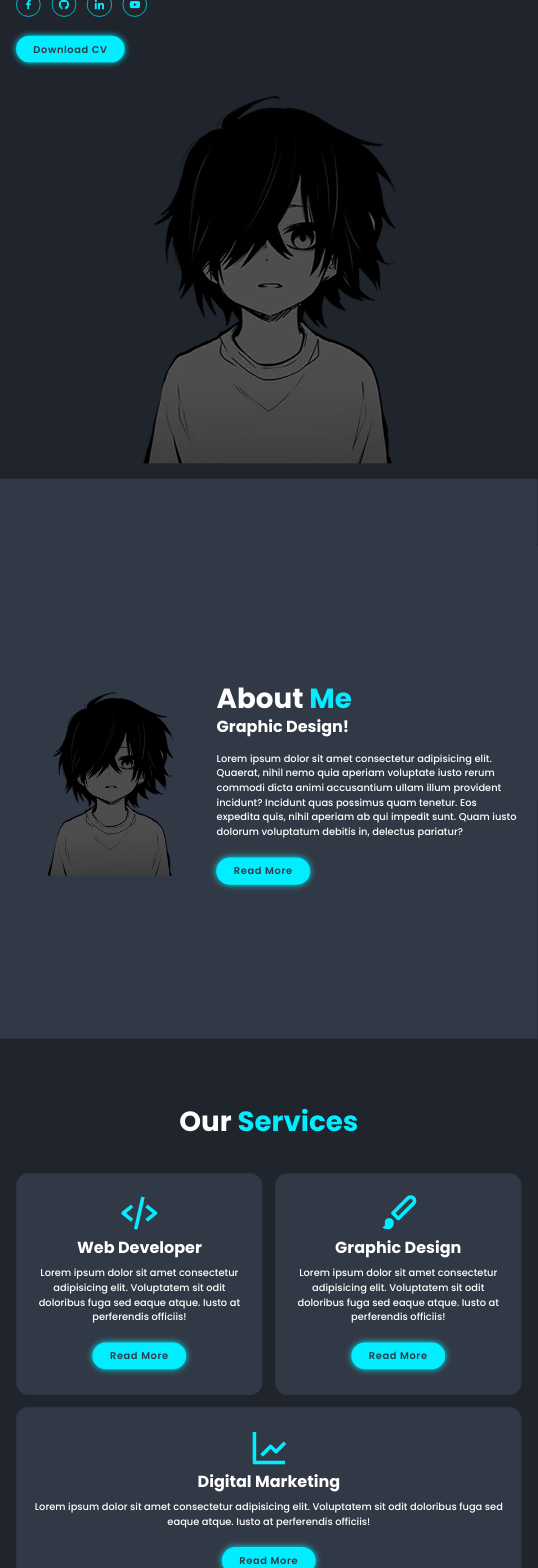
Repository: nguyenthethuan2004/portfolio
Page: index.html
An editor plug-in stored every save of this project. The page is shown before and after a run of saves, followed by the edit.
The browser window is 768 px wide. The pictures show the part of the page from y = 310 to 2550 px (the page is 4280 px tall), at 70% of full size.

Above is the page before, as saved 2023-10-03 19:14:02.
Console error: ReferenceError: navbar is not defined

After the next 7 saves:
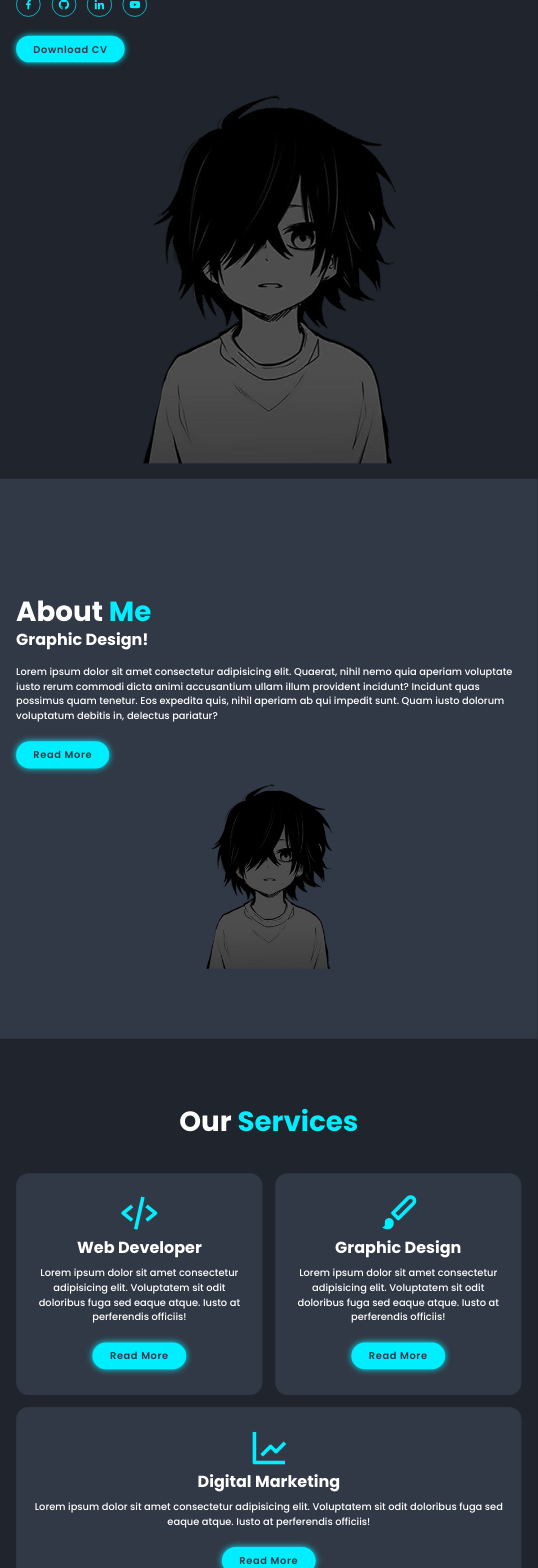
The 7 saves are shown as one change because they came seconds apart.
The last was saved 16 s later.
--- a/css/style.css
+++ b/css/style.css
@@ -437,5 +437,9 @@ span {
         margin-top: 4rem;
     }
 
-    .about
-}
+    .about {
+        flex-direction: column-reverse;
+    }
+
+
+}
